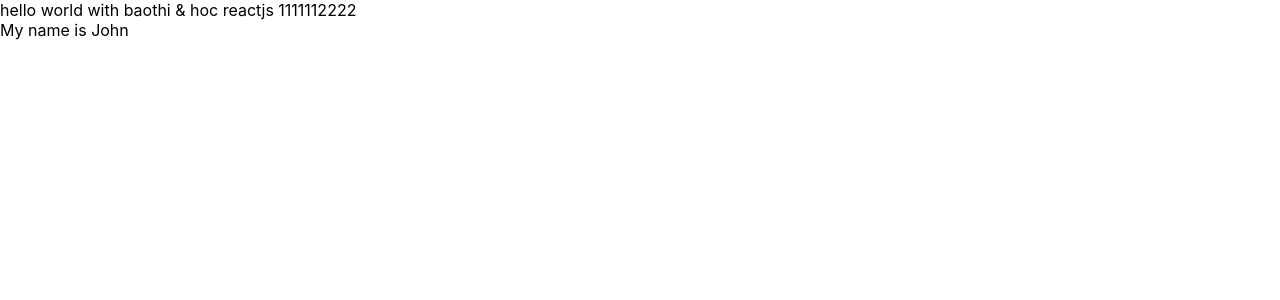
Repository: baothi/base-reactjs
Page: /
An editor plug-in stored every save of this project. The page is shown before and after the next save, followed by the edit.
The browser window is 1280 px wide. The pictures show the whole page.
The project was rebuilt for these pictures with package versions that can differ from the ones it lists, and the page was loaded fresh each time. Also part of the build but not shown: src/App.css.

Above is the page before, as saved 2022-10-08 13:43:14.

### src/App.js
import logo from './logo.svg';
import './App.css';
import { useDispatch, useSelector } from 'react-redux';
import { increaseCounter, decreaseCounter } from './redux/action/counterAction';
import MyComponent from './components/MyComponent';
import React from 'react';

class App extends React.Component {
  render() {
    return (
      <div>
      hello world with baothi &amp; hoc reactjs 1111112222
      <MyComponent />
    </div>
    )
  }
}

// function App() {
//   const count = useSelector(state => state.counter.count);
//   const dispatch = useDispatch();
//   return (
//     <div className="App">
//       <header className="App-header">
//         <img src={logo} className="App-logo" alt="logo" />
//         <p>
//           Edit <code>src/App.js</code> and save to reload.
//         </p>
//         <a
//           className="App-link"
//           href="https://reactjs.org"
//           target="_blank"
//           rel="noopener noreferrer"
//         >
//           Learn React
//         </a>
//         <div>Count = {count}</div>
//         <button onClick={() => dispatch(increaseCounter())}>Increase</button>
//         <button onClick={() => dispatch(decreaseCounter())}>Decrease</button>
//       </header>
//     </div>
//   );
// }
export default App;

### src/components/MyComponent.js
import React from "react";

class MyComponent extends React.Component {
    state = {
        name: "John",
        age: 30,
        address: 'học react js từ đầu'
    }


    // JSX
    render() {
        return(
            <div>
                My name is {this.state.name}
            </div>
        );
    }
}

export default MyComponent;

Loaded but not shown: public/index.html (common file); src/index.js (common file); src/index.css (common file); src/reportWebVitals.js (common file); src/redux/action/counterAction.js (common file)

After the next save:
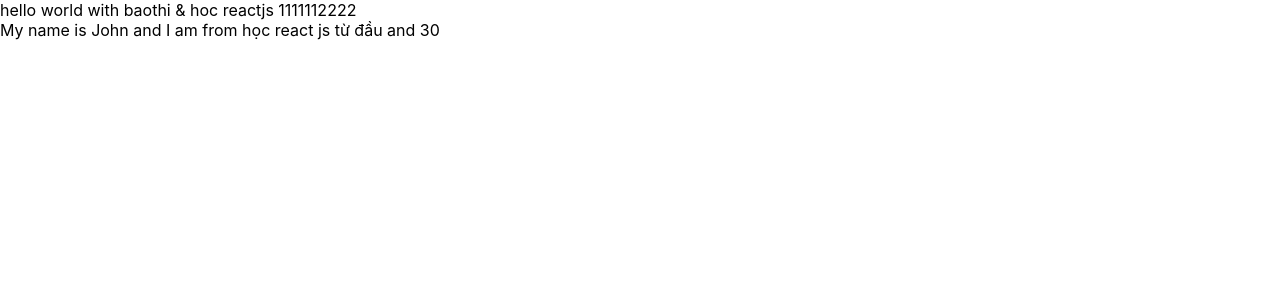
Saved 97 s later.
--- a/src/components/MyComponent.js
+++ b/src/components/MyComponent.js
@@ -12,7 +12,7 @@
     render() {
         return(
             <div>
-                My name is {this.state.name}
+                My name is {this.state.name} and I am from {this.state.address} and {this.state.age}
             </div>
         );
     }
